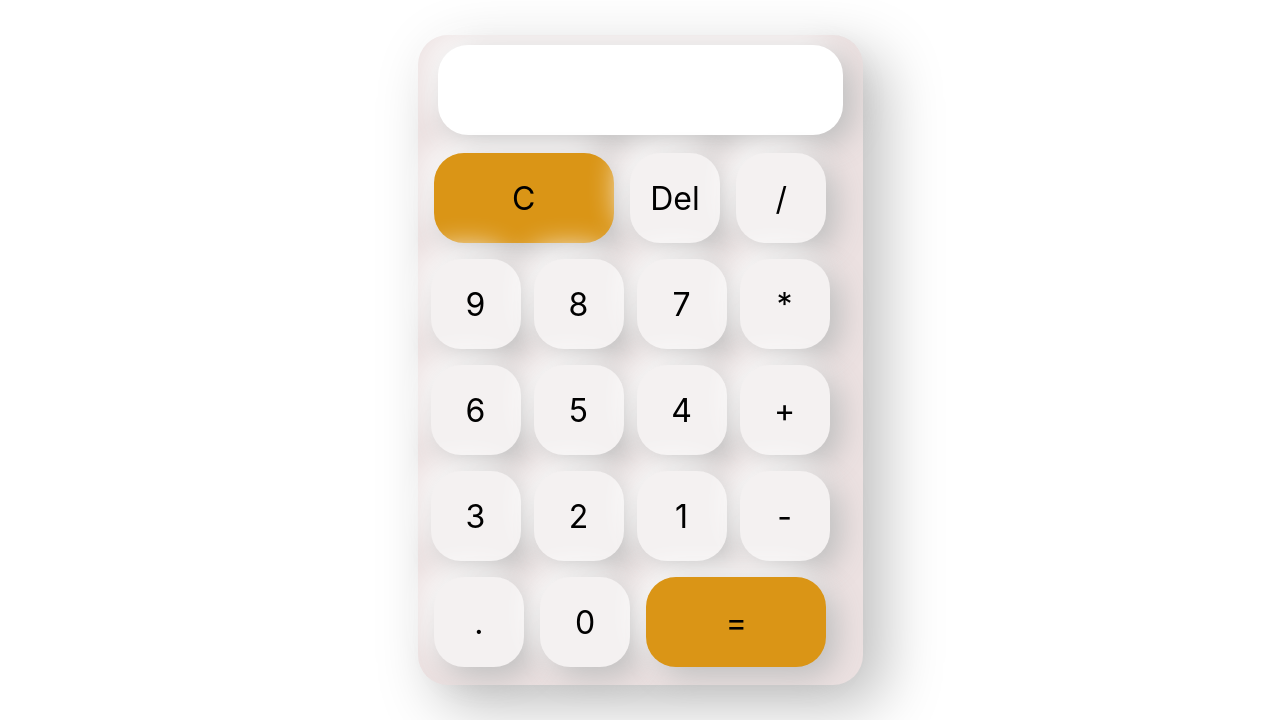
Repository: janidulnkg1/react-prac
Page: / (app in calculator/)
An editor plug-in stored every save of this project. The page is shown before and after the next save, followed by the edit.
The browser window is 1280 px wide. The pictures show the whole page.
The project was rebuilt for these pictures with package versions that can differ from the ones it lists, and the page was loaded fresh each time. Also part of the build but not shown: calculator/src/App.css.

Above is the page before, as saved 2023-09-15 11:59:14.

### calculator/public/index.html
<!DOCTYPE html>
<html lang="en">
  <head>
    <meta charset="utf-8" />
    <link rel="icon" href="%PUBLIC_URL%/calculator.ico" />
    <meta name="viewport" content="width=device-width, initial-scale=1" />
    <meta name="theme-color" content="#000000" />
    <meta
      name="description"
      content="Web site created using create-react-app"
    />
    <link rel="apple-touch-icon" href="%PUBLIC_URL%/logo192.png" />
    <!--
      manifest.json provides metadata used when your web app is installed on a
      user's mobile device or desktop. See https://developers.google.com/web/fundamentals/web-app-manifest/
    -->
    <link rel="manifest" href="%PUBLIC_URL%/manifest.json" />
    <!--
      Notice the use of %PUBLIC_URL% in the tags above.
      It will be replaced with the URL of the `public` folder during the build.
      Only files inside the `public` folder can be referenced from the HTML.

      Unlike "/favicon.ico" or "favicon.ico", "%PUBLIC_URL%/favicon.ico" will
      work correctly both with client-side routing and a non-root public URL.
      Learn how to configure a non-root public URL by running `npm run build`.
    -->
    <title>Calculator</title>
  </head>
  <body>
    <noscript>You need to enable JavaScript to run this app.</noscript>
    <div id="root"></div>
    <!--
      This HTML file is a template.
      If you open it directly in the browser, you will see an empty page.

      You can add webfonts, meta tags, or analytics to this file.
      The build step will place the bundled scripts into the <body> tag.

      To begin the development, run `npm start` or `yarn start`.
      To create a production bundle, use `npm run build` or `yarn build`.
    -->
  </body>
</html>

### calculator/src/App.js
import logo from './logo.svg';
import './App.css';
import Home from './components/Home';

function App() {
  return (
    <>
    <Home/>
    </>
  );
}

export default App;

### calculator/src/components/Home.js
import React, {useState} from 'react'
import classes from "./Home.module.css"
import Button from './Button'


function Home() {

const [res, setRes] = useState("")

const buttons = ["C","Del","/","9","8","7","*","6","5","4","+","3","2","1","-",".","0","="]

const findval = ()=>{

  let result = Function("return "+res)();

  setRes(result.toString());
}

const handler = (arg) => {
  //console.log(arg)

  if(res === "Infinity"){
    setRes("");
    return;

  }

  if(arg ==="C") setRes("");
  else if(arg ==="=") findval();
  else if(arg === "Del"){
    let n = res.length;
    if(n>0)
    setRes(res.slice(0,n-1));
  }
  else setRes(res.concat(arg))

}

  return (
    <div className={classes.home}>
      <div className={classes.inner}>
        <div className={classes.result}>
          <div className={classes.resbox}>
            {res}
            </div>
        </div>
      <div className={classes.btns}>
        {buttons.map((ele,index)=> {return <Button handler={handler} value={ele} key={index}/>})}
      </div>
      </div>
    </div>
  )
}

export default Home

### calculator/src/components/Home.module.css
*{
    padding: 0;
     margin: 0;
     box-sizing: border-box;
}

.home{
    height: 100vh;
    width: 100vw;
    display: flex;
    justify-content: center;
    align-items: center;
}

.inner{
    height: 650px;
    width: 445px;
    border-radius: 30px;
    background-color: #ece1e1;
    box-shadow: 20px 20px 60px #bebebe,
     -20px -20px 60px #ffffff;
}

.result{
    font-size: 2rem;
    width: 405px;
    height: 90px;
    scrollbar-width: none;
    margin: auto;
    margin-top: 10px;
    margin-bottom: 10px;
    border-radius: 30px;
    background: white;
    box-shadow: 10px 10px 30px #bebebe,
    -10px -10px 30px #ffffff;
}

.resbox{
    width: 390px;
    height: min-content;
    overflow-y: auto;
    padding-left: 10px;
    padding-right: 10px;
    text-align: right;


}

.resbox::-webkit-scrollbar{
    display: none;
}

.btns{
    height: 530px;
    width: 425px;
    display: flex;
    flex-flow: row wrap;
    justify-content: space-evenly;
    align-items:center;
    border-radius:20px;
}

### calculator/src/components/Button.js
import React from 'react'
import classes from "./Button.module.css"

function Button({value, handler}) {
  return (
    <div className={value === "C" || value === "=" ? `${classes.calcBtns} ${classes.res}`: `${classes.calcBtns}`} onClick={()=>handler(value)}>
        {value}
    </div>
  )
}

export default Button

### calculator/src/components/Button.module.css
.calcBtns{
    height: 90px;
    width: 90px;
    font-size: 2rem;
    display: flex;
    justify-content: center;
    align-items:center;
    border-radius:30px;
    background-color: #f4f1f1;
    user-select: none;
    box-shadow: 10px 10px 30px #bebebe, -10px -10px 30px #ffffff;
}

.res{
    width: 180px;
    background-color:rgb(218, 149, 22)
}

Loaded but not shown: calculator/src/index.js (common file); calculator/src/index.css (common file); calculator/src/reportWebVitals.js (common file)

After the next save:
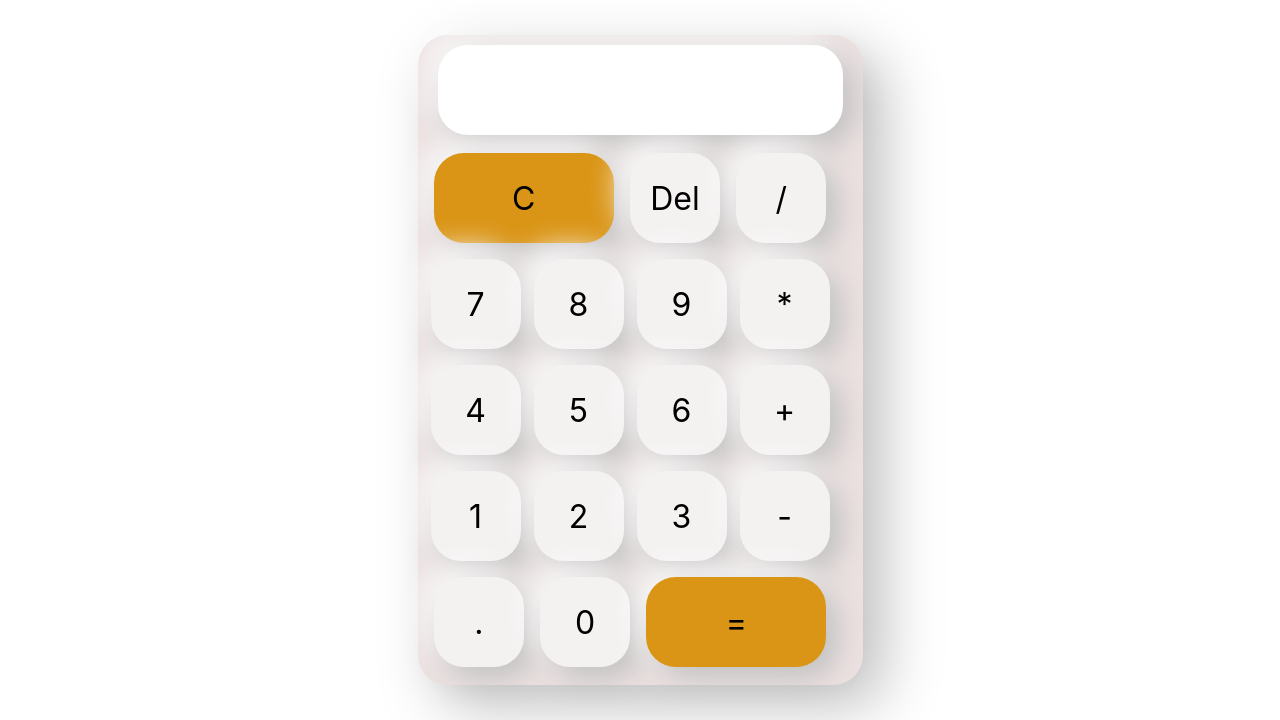
Saved 10 h 3 min later.
--- a/calculator/src/components/Home.js
+++ b/calculator/src/components/Home.js
@@ -7,7 +7,7 @@ function Home() {
 
 const [res, setRes] = useState("")
 
-const buttons = ["C","Del","/","9","8","7","*","6","5","4","+","3","2","1","-",".","0","="]
+const buttons = ["C","Del","/","7","8","9","*","4","5","6","+","1","2","3","-",".","0","="]
 
 const findval = ()=>{
 
